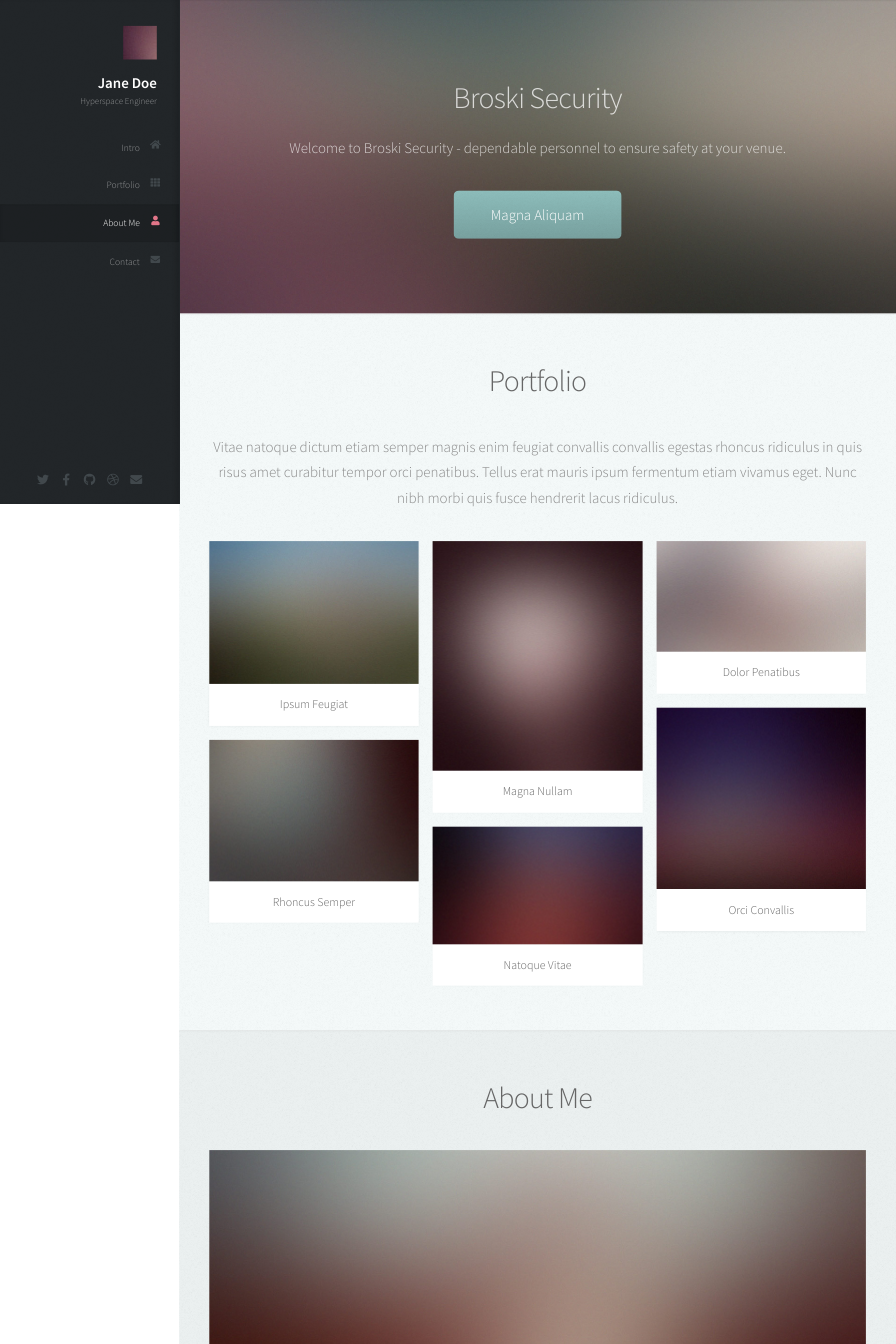
Repository: fiedore/fiedore.github.io
Page: index.html
An editor plug-in stored every save of this project. The page is shown before and after a run of saves, followed by the edit.
The browser window is 1280 px wide. The pictures show the part of the page from y = 0 to 1920 px (the page is 3239 px tall), at 70% of full size.

Above is the page before, as saved 2025-06-02 23:57:13.

After the next 2 saves:
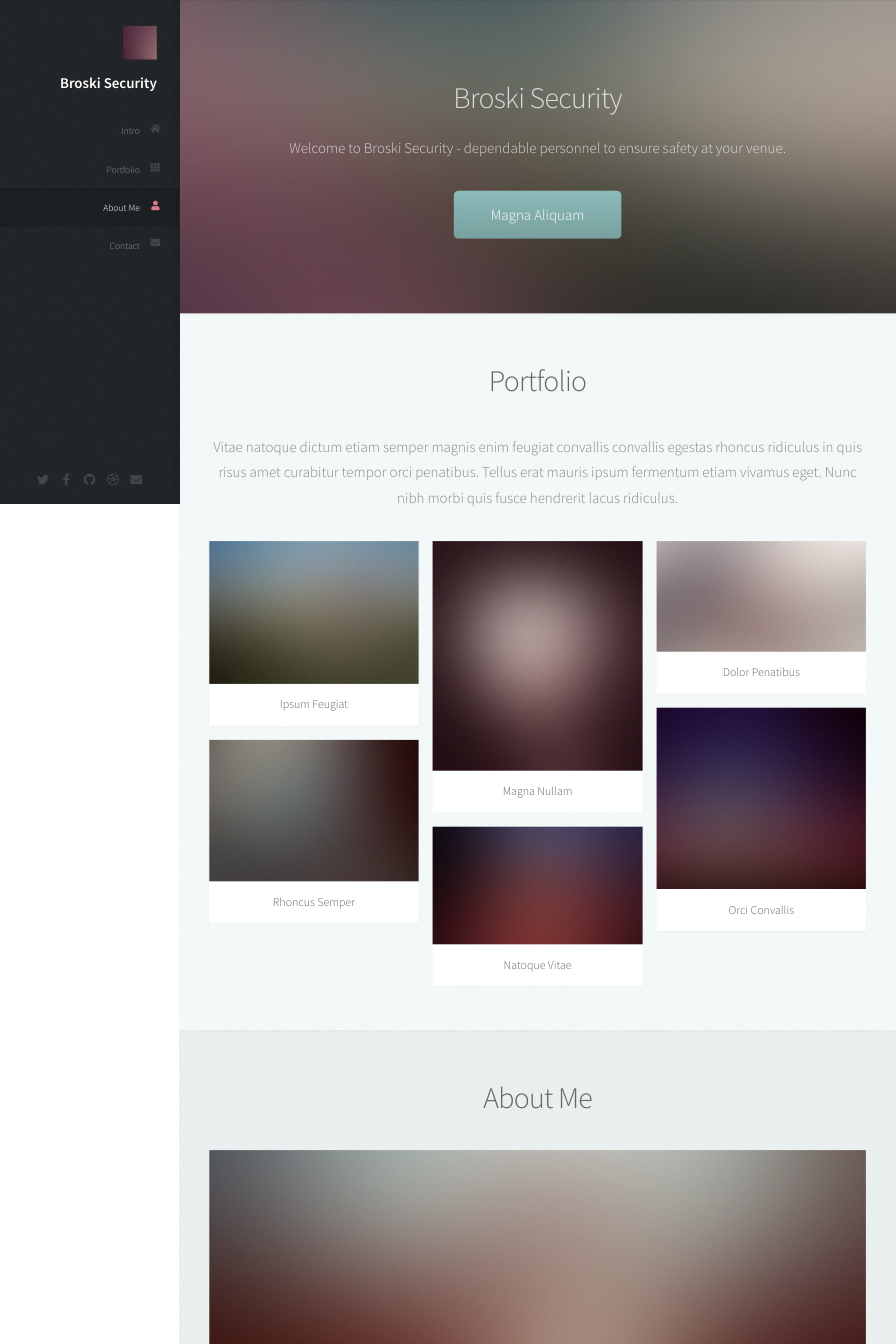
The 2 saves are shown as one change because they came seconds apart.
The last was saved 22 s later.
--- a/index.html
+++ b/index.html
@@ -21,8 +21,7 @@
 					<!-- Logo -->
 						<div id="logo">
 							<span class="image avatar48"><img src="images/avatar.jpg" alt="" /></span>
-							<h1 id="title">Jane Doe</h1>
-							<p>Hyperspace Engineer</p>
+							<h1 id="title">Broski Security</h1>
 						</div>
 
 					<!-- Nav -->
